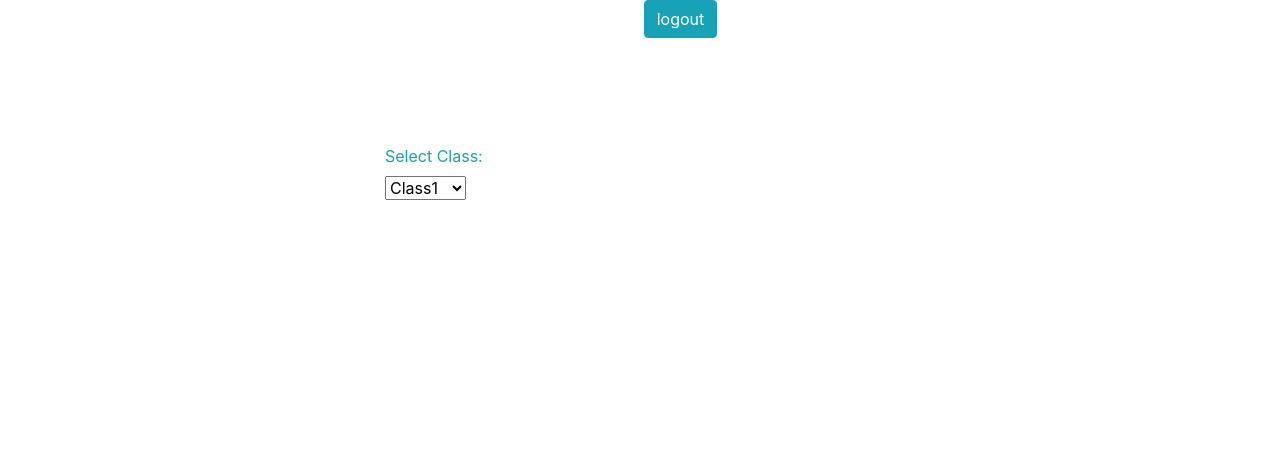
Repository: sindurup/Phase2Project
Page: http://localhost/LearnersAcademyPro/classInfo.jsp
The author's editor kept a copy of each file at every save. The page is drawn from the files as they stood at one save, then again after the next save.
The browser window is 1280 px wide. The pictures show the whole page.
Some web libraries are served in a nearby version. The page is served by Tomcat 9. The session is filled in as if someone had signed in: {"uname": "Test User", "pw": 1}. Other server files are loaded and not shown.

Above is the page before, as saved 2021-09-27 12:41:24.
Console error: TypeError: Cannot read properties of undefined (reading 'fn')

### LearnersAcademyPro/src/main/webapp/classInfo.jsp
<%@ page language="java" contentType="text/html; charset=ISO-8859-1"
    pageEncoding="ISO-8859-1"%>
<!DOCTYPE html>
<html>
<link href="//maxcdn.bootstrapcdn.com/bootstrap/4.1.1/css/bootstrap.min.css" rel="stylesheet" id="bootstrap-css">
<script src="//maxcdn.bootstrapcdn.com/bootstrap/4.1.1/js/bootstrap.min.js"></script>
<script src="//cdnjs.cloudflare.com/ajax/libs/jquery/3.2.1/jquery.min.js"></script>
<head>
<meta charset="ISO-8859-1">
<title>Learners Academy</title>
</head>
<body>


<%
response.setHeader("Cache-Control","no-cache,no-store,must-revalidate");
HttpSession session1=request.getSession();


    if(session.getAttribute("uname")==null)
    {

    	 response.sendRedirect("Login.jsp");
    }
%>

   <div class="form-group" align="center" >
   <form id="logout" class="form" action="logout" method="post">

    &nbsp;&nbsp;&nbsp;&nbsp;&nbsp;&nbsp;&nbsp;&nbsp;&nbsp;&nbsp;&nbsp;&nbsp;&nbsp;&nbsp;&nbsp;&nbsp;&nbsp; <input type="submit" name="submit" class="btn btn-info btn-md" value="logout">
    </form>
                            </div>
    <div id="login">
        <h3 class="text-center text-white pt-5">Login form</h3>

        <div class="container">

            <div id="login-row" class="row justify-content-center align-items-center">
                <div id="login-column" class="col-md-6">
                    <div id="login-box" class="col-md-12">
                        <form id="login" class="form" action="login" method="post">

                            <div class="form-group">

                             <label for="username" class="text-info">Select Class:</label><br>

                                 <select name="Class" id="Class">
								  <option value="Class1">Class1</option>
								  <option value="Class2">Class2</option>
								  <option value="Class3">Class3</option>
								  <option value="Class4">Class4</option>
								  <option value="Class5">Class5</option>
								  <option value="Class6">Class6</option>
								  <option value="Class7">Class7</option>
								  <option value="Class8">Class8</option>
								  <option value="Class9">Class9</option>
								  <option value="Class10">Class10</option>


								</select>
                            <div class="form-group">

                            </div>


                        </form>
                    </div>
                </div>
            </div>
        </div>
    </div>
</body>
</html>

After the next save:
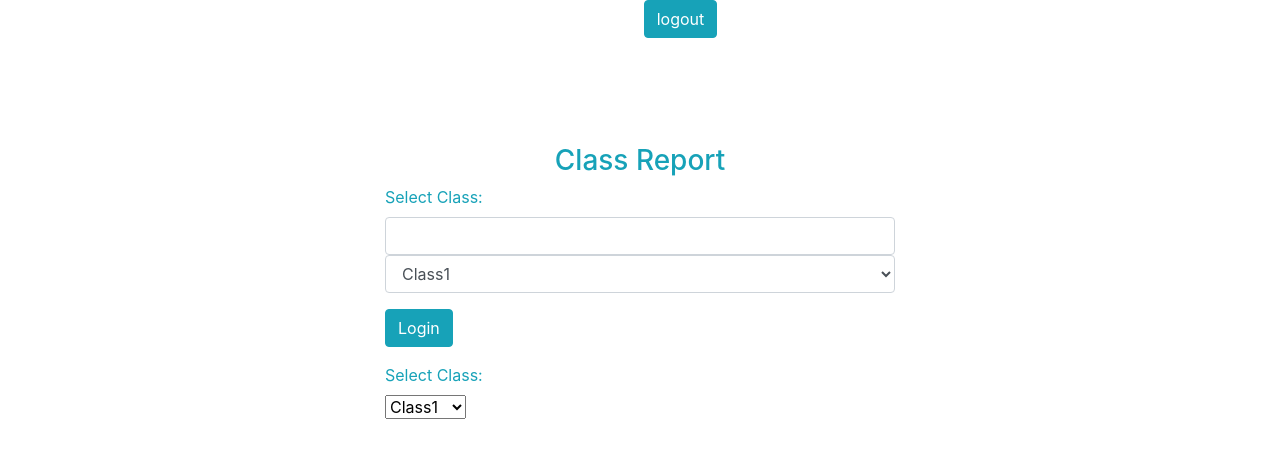
Saved 3 min 43 s later.
--- a/LearnersAcademyPro/src/main/webapp/classInfo.jsp
+++ b/LearnersAcademyPro/src/main/webapp/classInfo.jsp
@@ -38,6 +38,39 @@ HttpSession session1=request.getSession();
             <div id="login-row" class="row justify-content-center align-items-center">
                 <div id="login-column" class="col-md-6">
                     <div id="login-box" class="col-md-12">
+
+
+
+                     <form id="login" class="form" action="login" method="post">
+                            <h3 class="text-center text-info">Class Report</h3>
+                            <div class="form-group">
+                                  <label for="username" class="text-info">Select Class:</label><br>
+                                <input type="text" name="username" id="username" class="form-control">
+
+                                  <select name="Class" id="Class" class="form-control">
+								  <option value="Class1">Class1</option>
+								  <option value="Class2">Class2</option>
+								  <option value="Class3">Class3</option>
+								  <option value="Class4">Class4</option>
+								  <option value="Class5">Class5</option>
+								  <option value="Class6">Class6</option>
+								  <option value="Class7">Class7</option>
+								  <option value="Class8">Class8</option>
+								  <option value="Class9">Class9</option>
+								  <option value="Class10">Class10</option>
+
+
+								</select>
+                            </div>
+
+                            <div class="form-group">
+
+                                <input type="submit" name="Login" class="btn btn-info btn-md" value="Login">
+                            </div>
+
+                        </form>
+
+
                         <form id="login" class="form" action="login" method="post">
 
                             <div class="form-group">
